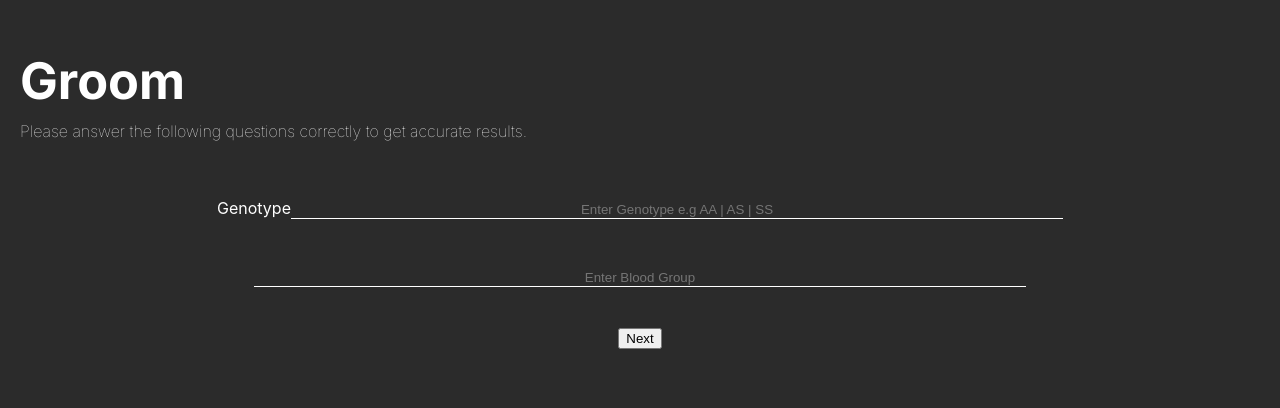
Repository: devhabeeblateef/tictactoe
Page: /groom
An editor plug-in stored every save of this project. The page is shown before and after the next save, followed by the edit.
The browser window is 1280 px wide. The pictures show the whole page.
The project was rebuilt for these pictures with package versions that can differ from the ones it lists, and the page was loaded fresh each time. Also part of the build but not shown: src/App.css, src/Home.js.

Above is the page before, as saved 2022-06-18 02:33:31.

### src/App.js
import logo from './logo.svg';
import './App.css';
import Home from './Home';
import {BrowserRouter as Router, Route, Switch} from 'react-router-dom'
import Form from './Form';

function App() {
  return (
  <Router>
    <div>
    <Switch>
      <Route exact path="/">
        <Home/>
      </Route>
      <Route path="/groom">
        <Form/>
      </Route>
    </Switch>
    </div>
  </Router>
  );
}

export default App;

### src/Form.js
import React, {useState, useRef} from 'react'
import classes from './Home.module.css'

    function Form() {
        const [maleGenotype, setMaleGenotype] = useState("")
        const [maleBloodGroup, setMaleBloodGroup] = useState("")
        const maleData = []
        const gatherData = (e) => {
            e.preventDefault()
            maleData.push(maleGenotype)
            maleData.push(maleBloodGroup)
            console.log(maleData)
        }

      return (
        <div>
          <h1 className={classes.home__header}>
            Groom
          </h1>
          <p className={classes.home__info}>
            Please answer the following questions correctly to get accurate results.
          </p>
          <center>
            <form>
            <label>Genotype</label>
          <input
                type="text"
                 placeholder='Enter Genotype e.g AA | AS | SS'
                 value={maleGenotype}
                 onChange={ (e) => setMaleGenotype(e.target.value) }
                  required/>
        <input
                type="text"
                placeholder="Enter Blood Group"
                value={maleBloodGroup}
                onChange={(e) => setMaleBloodGroup(e.target.value) }
                 required/> <br/><br/><br/>
        <button onClick={gatherData} type="submit" className='btn btn-outline-primary'>Next</button>
          </form>
          </center>
        </div>
      )
    }

    export default Form

### src/Home.module.css
@import url('https://fonts.googleapis.com/css2?family=Inter:wght@100;200;300;400;500;600;700;800;900&display=swap');

body
{
    background-color: #2b2b2b;
    color: #fff;
}

.home__header
{
    margin:50px 20px;
    font-size: 5ch;
    font-family: 'Inter', sans-serif;
    font-weight: bold;
}

.home__info
{
    font-family: 'Inter', sans-serif;
    font-weight: 100;
    margin: -40px 20px;
}

img
{
    width: 350px;
}

.button
{
    margin: 50px 20px;
}


.button__one
{
    background-color: #23A6FD;
    border-radius: 60px;
    border: none;
    padding:8px 30px;
    color: white;
    margin-right: 10px;
    font-family: 'Montserrat', sans-serif;
    cursor: pointer;
}

.button__two
{
    margin-left: 10px;
    background-color: transparent;
    border-radius: 60px;
    padding: 8px 30px;
    border: 2px solid #fff;
    color: white;
    font-family: 'Montserrat', sans-serif;
    cursor: pointer;
}

@media (max-width:400px){
.button__two
{
    margin: 20px 0;
    border-radius: 60px;

}
}

a
{
    color: #fff;
    text-decoration: none;
}

a:hover
{
    color: white;
}

.start
{
    background-color: rgb(40, 122, 40);
    border: none;
    color: #fff;
    border-radius: 10px;
    padding: 10px;
    width: 100px;
    font-family: 'Inter', sans-serif;
    height: 50px;
    margin-top: 10em;
}

.questions
{
    margin-top: 100px;
    background: none;
    border: none;
    border-bottom: 1px solid #fff;
    width: 60%;
    outline: none;
    color: #fff;
    text-align: center;
}

form
{
    margin-top: 50px;
}

input
{
  background-color: transparent;
  width: 60%;
  margin-top: 50px;
  text-align: center;
  border: none;
  outline: none;
  color: #fff;
  border-bottom: 1px solid #fff;
}

Loaded but not shown: src/index.js (common file); src/index.css (common file); src/reportWebVitals.js (common file)

After the next save:
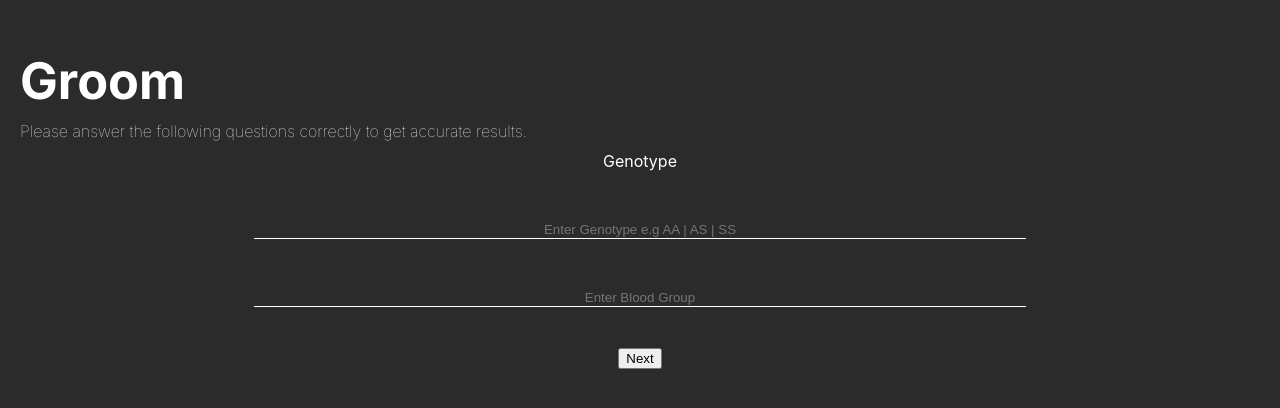
Saved 6 s later.
--- a/src/Form.js
+++ b/src/Form.js
@@ -22,7 +22,7 @@ import classes from './Home.module.css'
           </p>
           <center>
             <form>
-            <label>Genotype</label>
+            <label>Genotype</label><br/>
           <input
                 type="text"
                  placeholder='Enter Genotype e.g AA | AS | SS'
